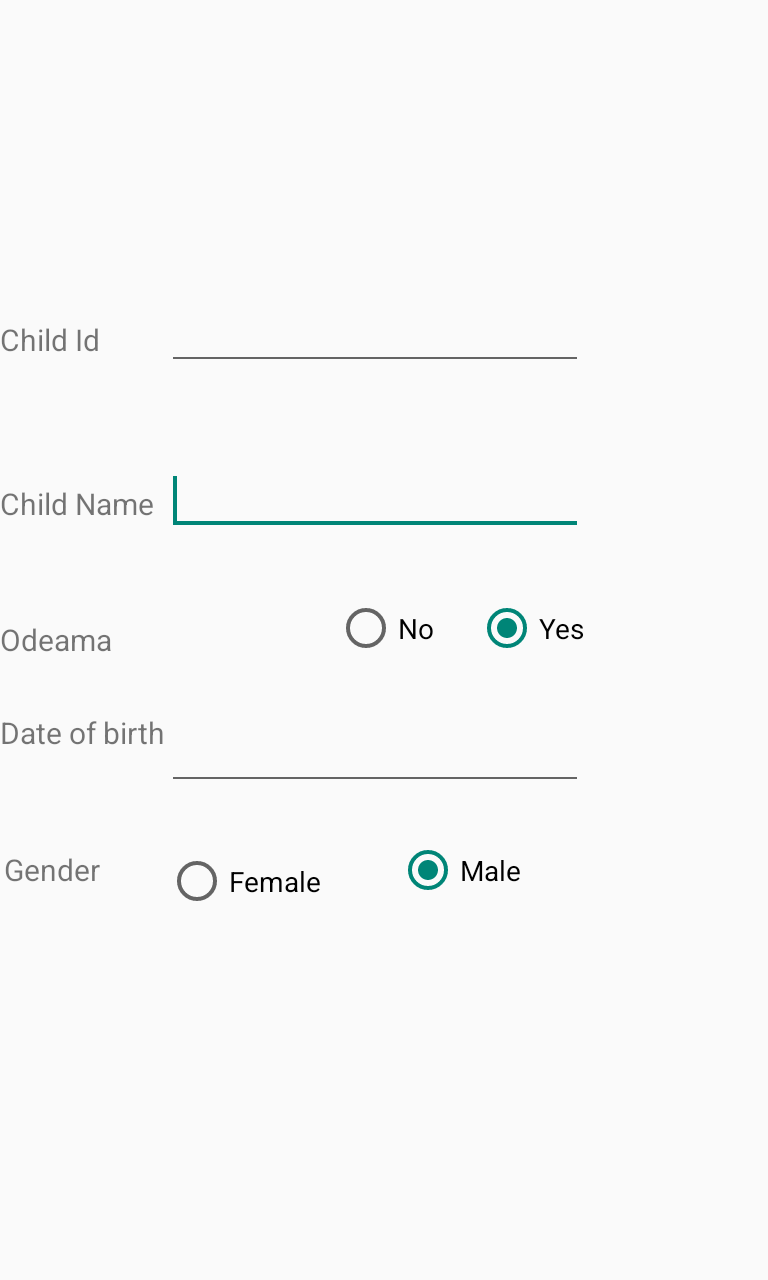
Repository: Team-7/hopeworldwide
Layout: workspace/HopeWWdatabase/res/layout/activity_main.xml
An editor plug-in stored every save of this project. The layout is shown before and after the next save, followed by the edit.
It is drawn on a 768 x 1280 px phone screen (xhdpi) without system bars, with theme AppTheme; the app's code is not run.

Above is the layout before, as saved 2014-04-10 09:24:40.

After the next save:
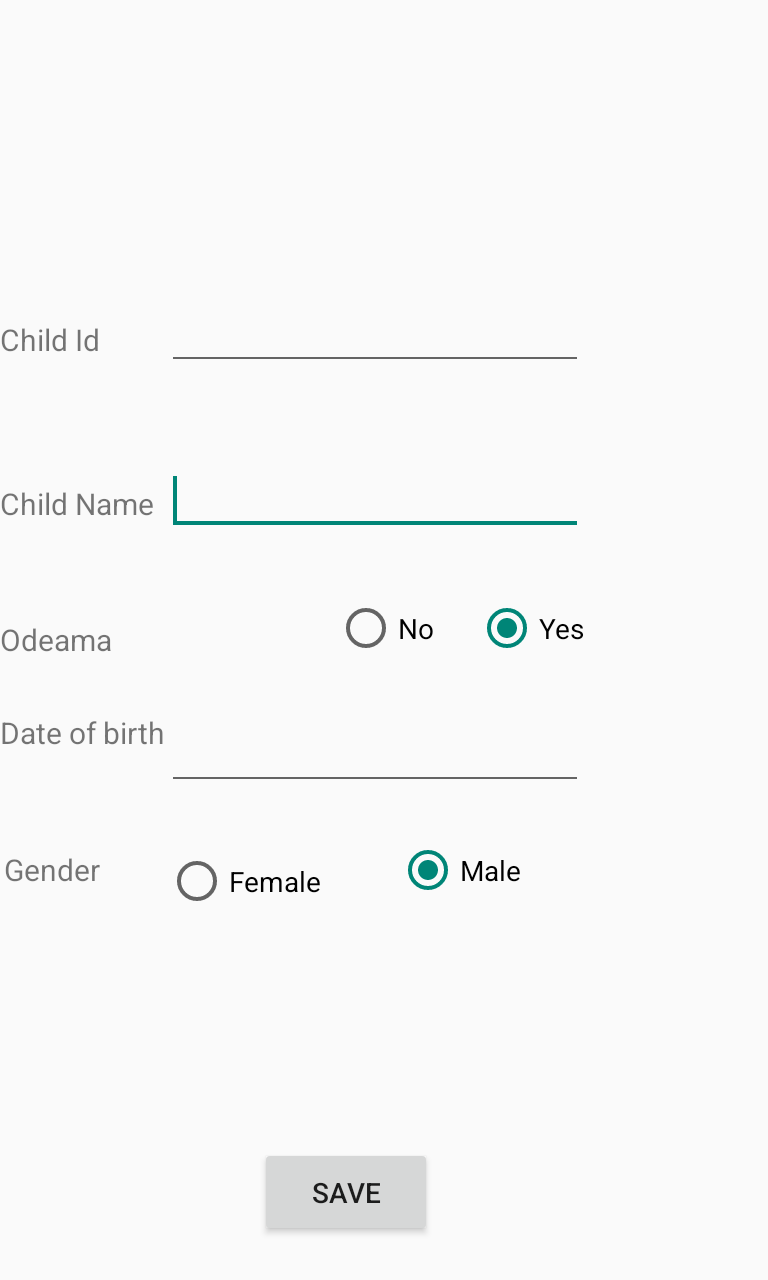
Saved 49 s later.
--- a/workspace/HopeWWdatabase/res/layout/activity_main.xml
+++ b/workspace/HopeWWdatabase/res/layout/activity_main.xml
@@ -139,6 +139,15 @@
             android:text="Gender"
             android:textSize="15sp" />
 
+        <Button
+            android:id="@+id/button1"
+            android:layout_width="wrap_content"
+            android:layout_height="wrap_content"
+            android:layout_alignParentBottom="true"
+            android:layout_alignRight="@+id/genderFemale"
+            android:layout_marginBottom="20dp"
+            android:text="save" />
+
     </RelativeLayout>
 
 </FrameLayout>
